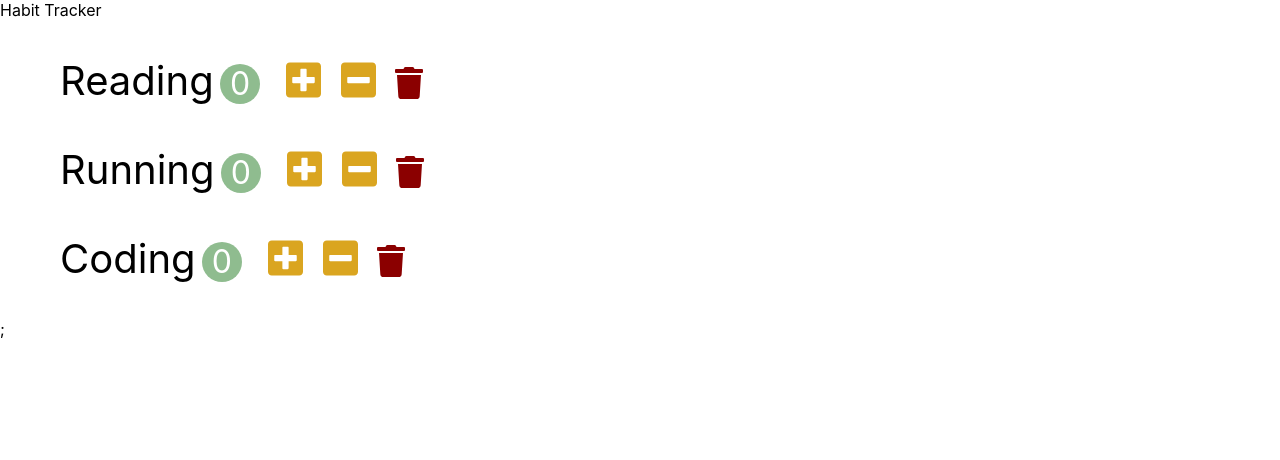
Repository: BokyungJeon/react-habit-tracker
Page: /
The author's editor kept a copy of each file at every save. The page is drawn from the files as they stood at one save, then again after the next save.
The browser window is 1280 px wide. The pictures show the whole page.
The project was rebuilt for these pictures with package versions that can differ from the ones it lists, and the page was loaded fresh each time.

Above is the page before, as saved 2021-09-30 18:54:27.

After the next save:
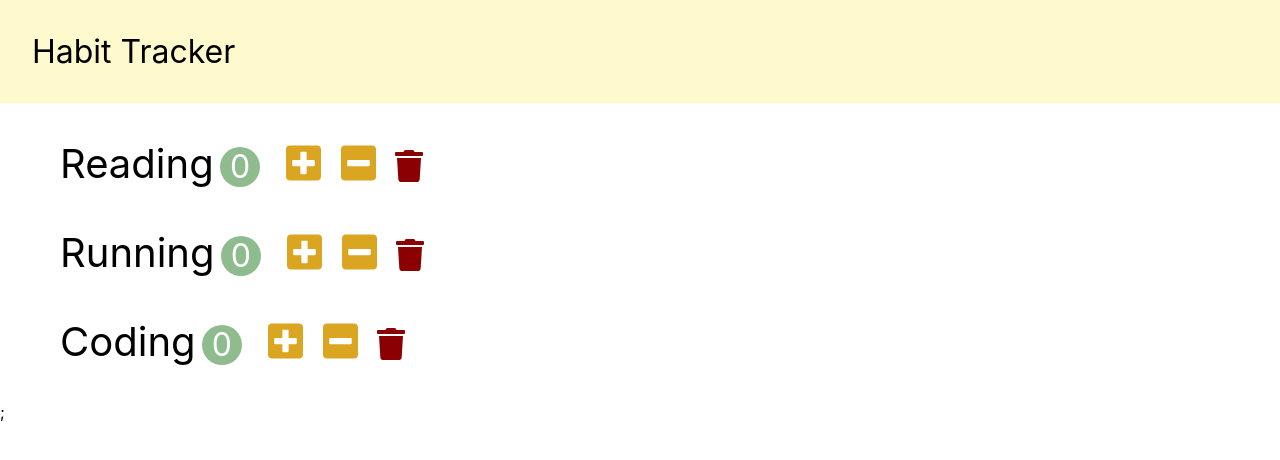
Saved 34 s later.
--- a/src/App.jsx
+++ b/src/App.jsx
@@ -6,7 +6,7 @@ class App extends Component {
   render() {
     return (
       <div>
-        <header>
+        <header className="navbar">
           <span>Habit Tracker</span>
         </header>
         <Habits />;
